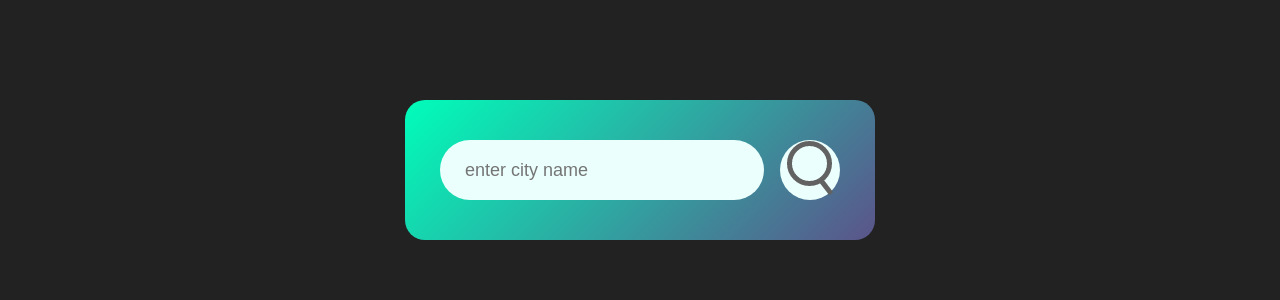
Repository: Alphosmart/weather
Page: index.html
The author's editor kept a copy of each file at every save. The page is drawn from the files as they stood at one save, then again after the next save.
The browser window is 1280 px wide. The pictures show the whole page.

Above is the page before, as saved 2024-07-17 16:29:15.

After the next save:
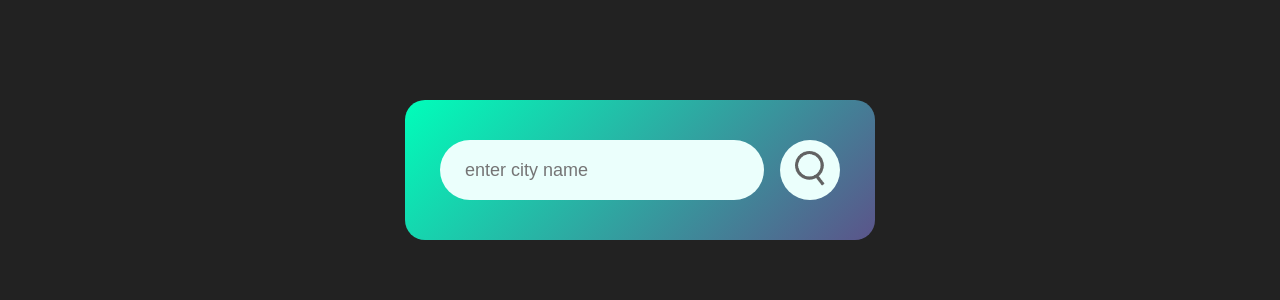
Saved 17 s later.
--- a/style.css
+++ b/style.css
@@ -49,3 +49,7 @@ body {
   height: 60px;
   cursor: pointer;
 }
+
+.search img {
+  width: 30px;
+}
